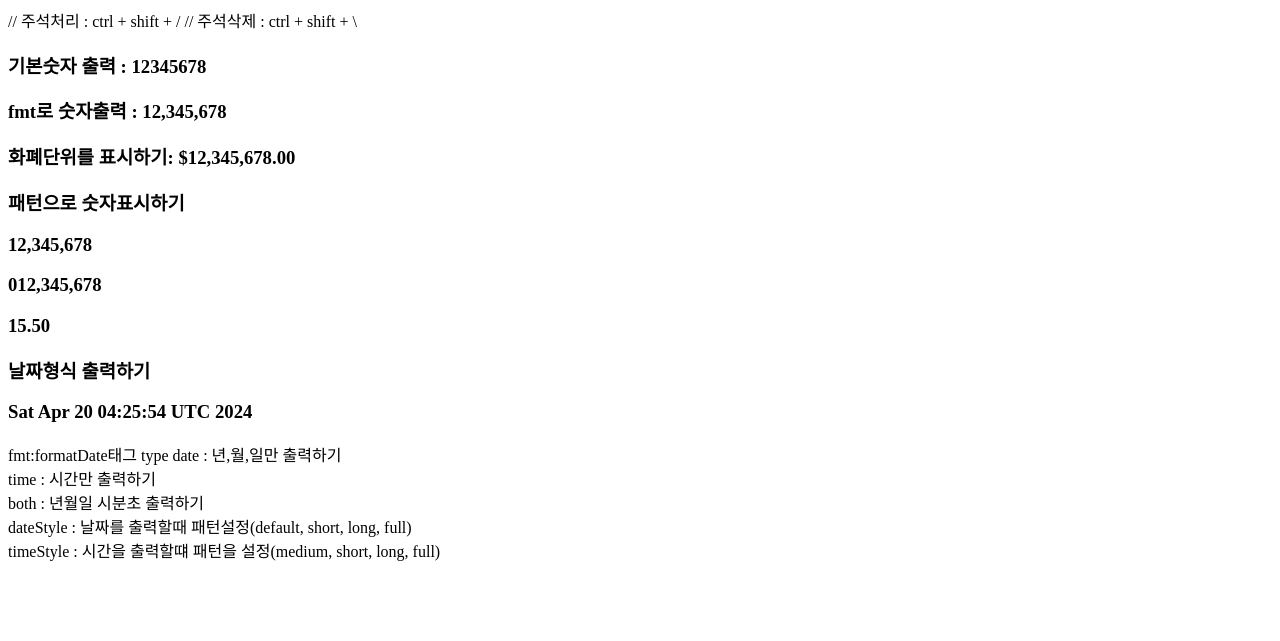
Repository: yongmin0309/mybatis1
Page: http://localhost/eL_JSTL/views/jstl/formattag.jsp
These files come from the project's save history. The page is drawn as it stood at one moment and after the next save; the edit follows.
The browser window is 1280 px wide. The pictures show the whole page.
The page is served by Tomcat 9. Other server files are loaded and not shown.

Above is the page before, as saved 2024-04-20 08:20:07.

### work/eL_JSTL/src/main/webapp/views/jstl/formattag.jsp
<%@ page language="java" contentType="text/html; charset=UTF-8"
    pageEncoding="UTF-8"%>
<%@ taglib prefix="c" uri="http://java.sun.com/jsp/jstl/core" %>
<%@ taglib prefix="fmt" uri="http://java.sun.com/jsp/jstl/fmt" %>
<!DOCTYPE html>
<html>
<head>
<meta charset="UTF-8">
<title>Insert title here</title>
</head>
<body>

	// 주석처리 : ctrl + shift + /
	// 주석삭제 : ctrl + shift + \
	<c:set var="numbertest" value="12345678"/>

	<h3>기본숫자 출력 : <c:out value="${numbertest }"/></h3>
	<h3>fmt로 숫자출력 : <fmt:formatNumber value="${numbertest }"/></h3>
	<%-- <fmt:setLocale value="ko_KR"/> --%>
	<h3>화폐단위를 표시하기: <fmt:formatNumber value="${numbertest }"
	type="currency"/></h3>

	<h3>패턴으로 숫자표시하기</h3>
	<h3><fmt:formatNumber value="${numbertest }" pattern="###,###,###"/></h3>
	<h3><fmt:formatNumber value="${numbertest }" pattern="000,000,000"/></h3>
	<%-- <fmt:setLocale value="en_US"/> --%>
	<h3><fmt:formatNumber value="15.5" pattern="###,###.00"/></h3>


	<h3>날짜형식 출력하기</h3>
	<c:set var="today" value="<%=new java.util.Date() %>"/>
	<h3><c:out value="${today }"/></h3>
	<p>
		fmt:formatDate태그
			type
				date : 년,월,일만 출력하기 <br>
				time : 시간만 출력하기 <br>
				both : 년월일 시분초 출력하기 <br>
			dateStyle : 날짜를 출력할때 패턴설정(default, short, long, full) <br>
			timeStyle : 시간을 출력할떄 패턴을 설정(medium, short, long, full) <br>
	</p>







</body>
</html>

After the next save:
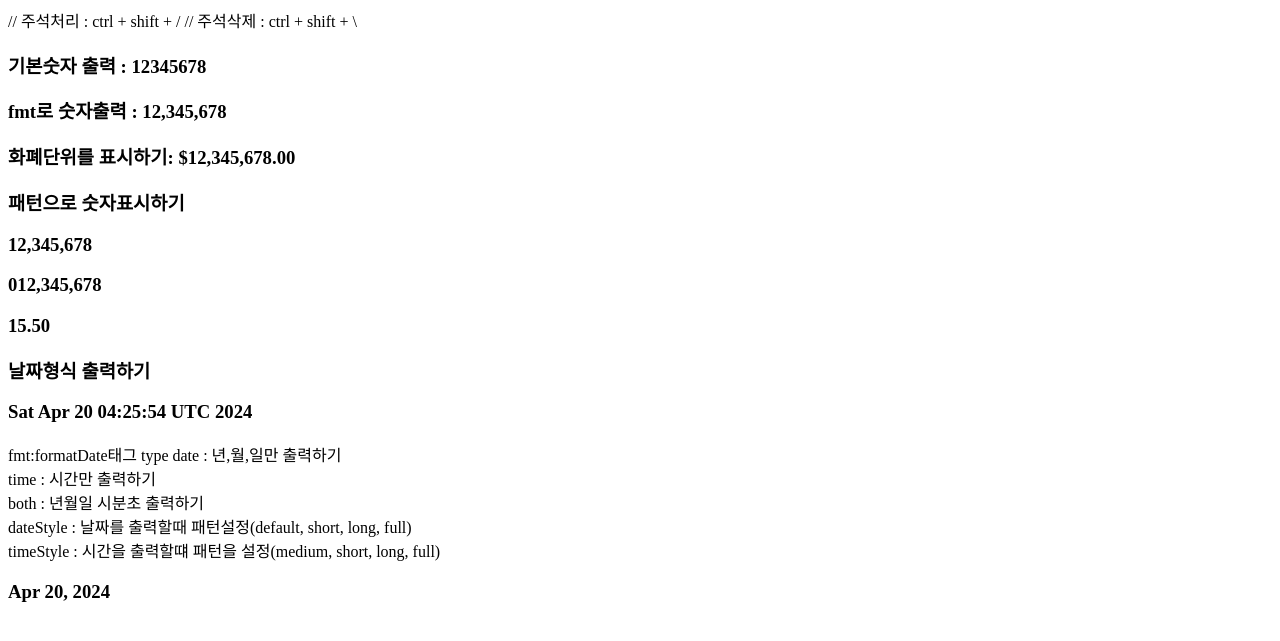
Saved 35 s later.
--- a/work/eL_JSTL/src/main/webapp/views/jstl/formattag.jsp
+++ b/work/eL_JSTL/src/main/webapp/views/jstl/formattag.jsp
@@ -40,7 +40,7 @@
 			timeStyle : 시간을 출력할떄 패턴을 설정(medium, short, long, full) <br>
 	</p>
 
-
+	<h3><fmt:formatDate value="${today }"/></h3>
 
 
 
